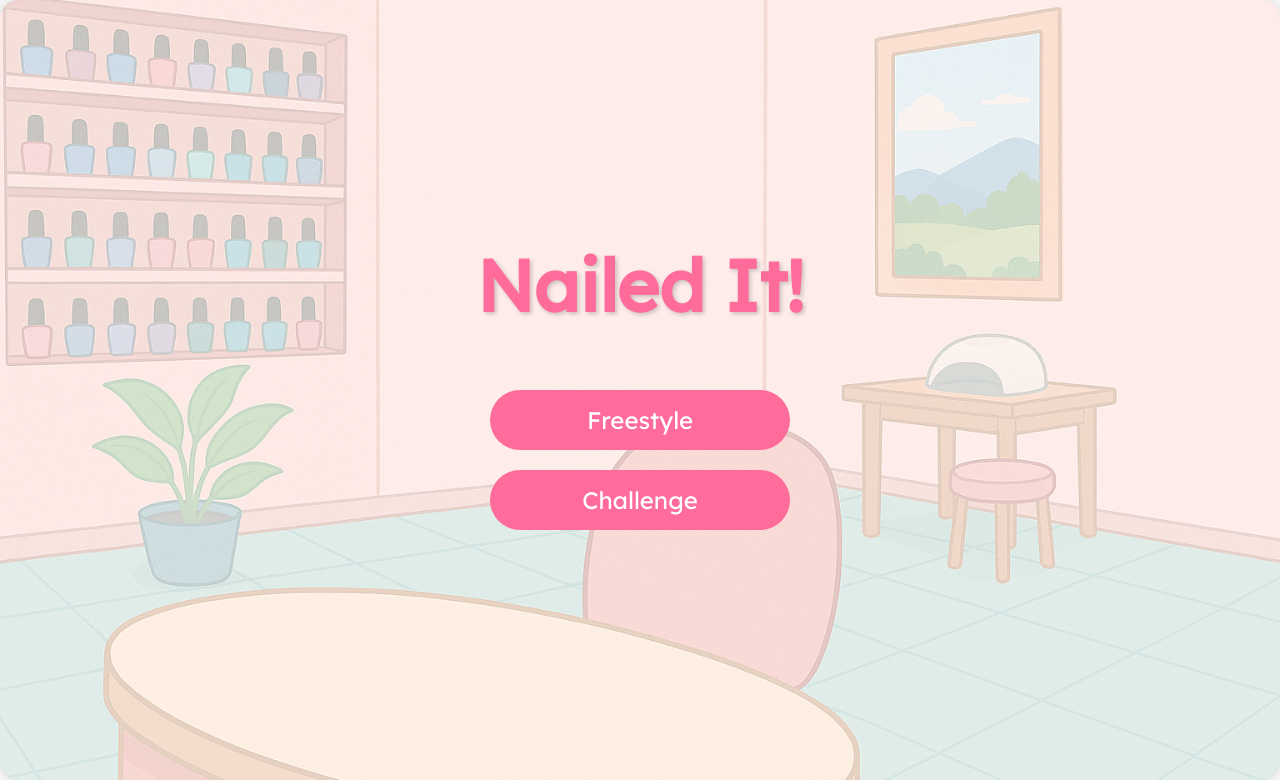
Repository: primcharlin/nailedit
Page: index.html
An editor plug-in stored every save of this project. The page is shown before and after the next save, followed by the edit.
The browser window is 1280 px wide. The pictures show the whole page.

Above is the page before, as saved 2025-05-05 22:50:21.

After the next save:
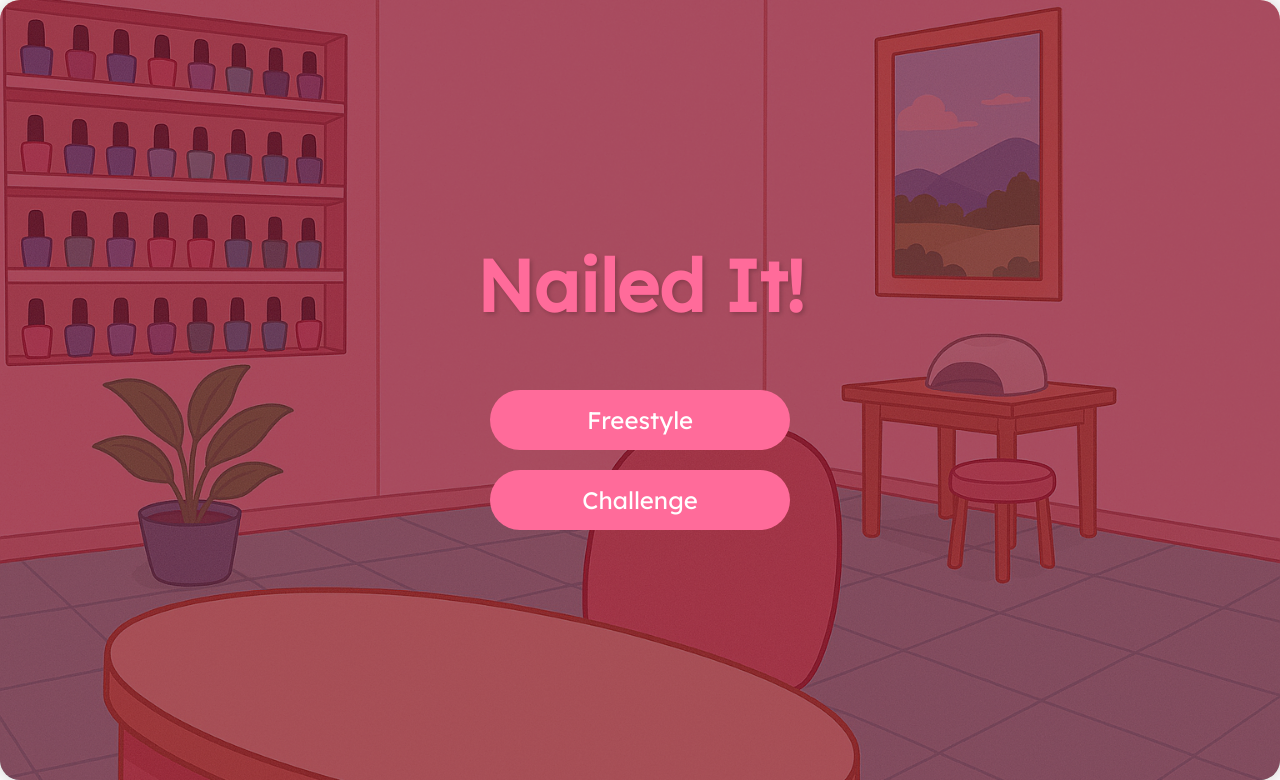
Saved 33 s later.
--- a/styles.css
+++ b/styles.css
@@ -39,7 +39,7 @@ h1 {
     flex-direction: column;
     justify-content: center;
     align-items: center;
-    background-color: rgba(255, 255, 255, 0.7);
+    background-color: rgba(117, 5, 43, 0.625);
     z-index: 100;
 }
 
